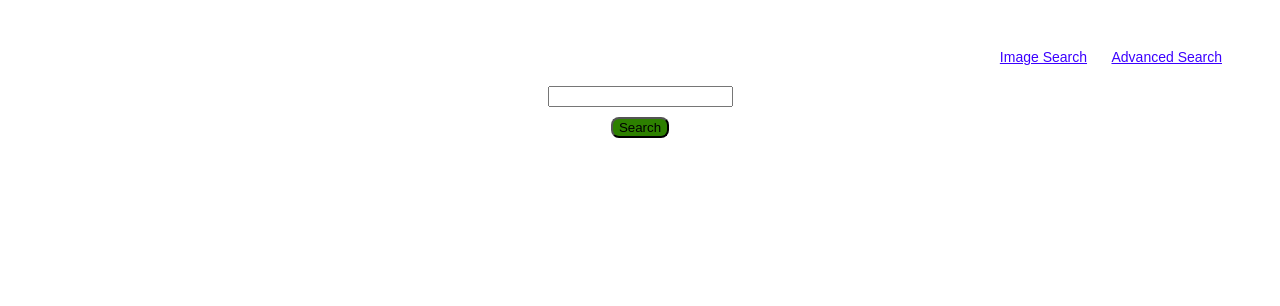
Repository: lyutok/cs50-search-project
Page: google.html
The author's editor kept a copy of each file at every save. The page is drawn from the files as they stood at one save, then again after the next save.
The browser window is 1280 px wide. The pictures show the whole page.
The style sheet was rebuilt from its Sass, Less or Tailwind sources for each picture, by a compiler version that may differ from the author's.

Above is the page before, as saved 2025-07-05 19:15:58.

### google.html
<!DOCTYPE html>
<html lang="en">
<head>
    <meta name="viewport" content="width=device-width, initial-scale=1.0" charset="UTF-8">
    <title>Google Search</title>
    <link rel="stylesheet" href="styles.css">
    </head>
<body>
    <div>
        <a href="image.html">Image Search</a>
        <a href="advanced.html">Advanced Search</a>
    </div>
    <form action="https://www.google.com/search">
        <input type="text" name="q">
        <br>
        <button type="submit">Search</button>
    </form>
</body>
</html>

### styles.scss
$color: rgb(60, 0, 255);

a {
    font-size: 14px;
    color: $color;
    padding: 10px;
}

body {
    font-family: Arial, sans-serif;
    padding: 20px;
    text-align: center;

    div {
        text-align: right;
        padding: 20px;
    }
}

button {
    margin: 10px;
    border-radius: 8px;
    background-color: rgb(45, 128, 0);
}

After the next save:
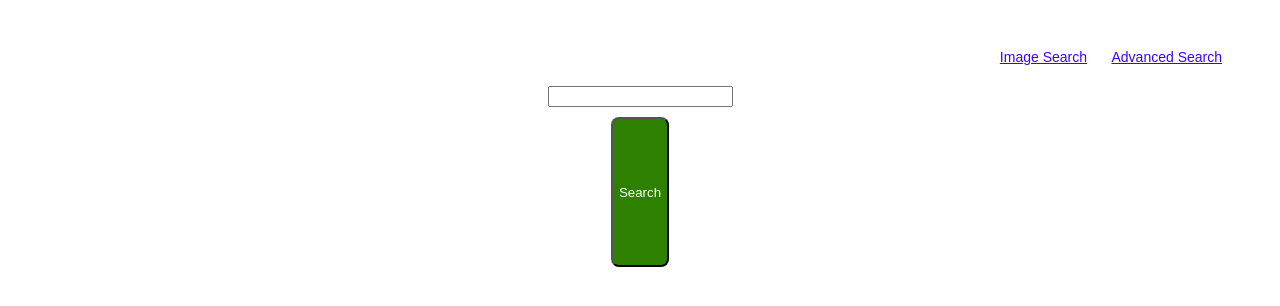
Saved 47 s later.
--- a/styles.scss
+++ b/styles.scss
@@ -21,4 +21,6 @@ button {
     margin: 10px;
     border-radius: 8px;
     background-color: rgb(45, 128, 0);
+    color: white;
+    height: 150px;
 }
